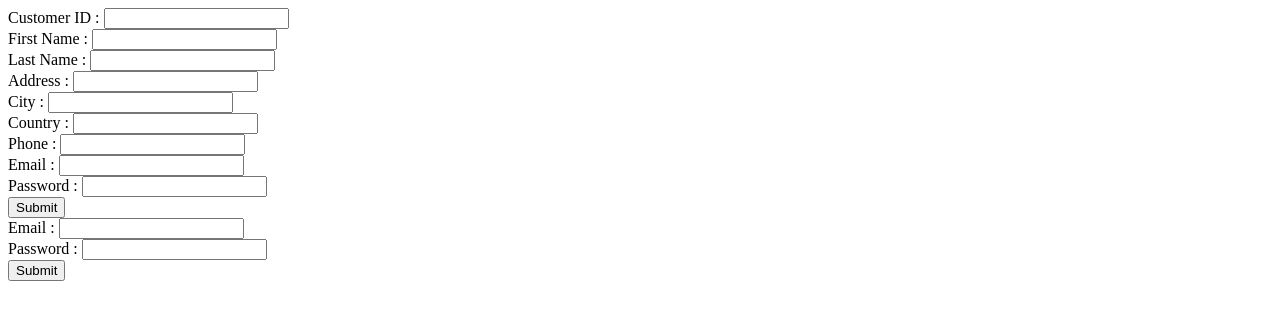
Repository: hassaanbk/CruiseBookingAndManaging
Page: http://localhost/home
The author's editor kept a copy of each file at every save. The page is drawn from the files as they stood at one save, then again after the next save.
The browser window is 1280 px wide. The pictures show the whole page.
The page is this project's Thymeleaf template; nobody is signed in. The template is opened directly, without the code that normally fills it, so the values that code supplies are empty.

Above is the page before, as saved 2022-12-12 01:30:19.

### CustomerMicroService/src/main/resources/templates/home.html
<!DOCTYPE html>

<html xmlns:th="http://www.thymeleaf.org">

<head>

<meta charset="ISO-8859-1">

<title>Insert title here</title>

</head>

<body>

      <form action="register" method="POST">

      Customer ID : <input type="text" name="custId"/> </br>

      First Name : <input type="text" name="firstName"/></br>

      Last Name : <input type="text" name="lastName"/></br>

      Address : <input type="text" name="address"/></br>

      City : <input type="text" name="city"/></br>

      Country : <input type="text" name="country"/></br>

      Phone : <input type="text" name="phone"/></br>

      Email : <input type="email" name="email"/></br>

      Password : <input type="password" name="password"/></br>

      <input type="submit" name="Add Employee"/>

      </form>

      <form action="login" method="POST">

      Email : <input type="email" name="email"/></br>

      Password : <input type="password" name="password"/></br>

      <input type="submit" name="Login"/>

	  </form>

</body>

</html>

After the next save:
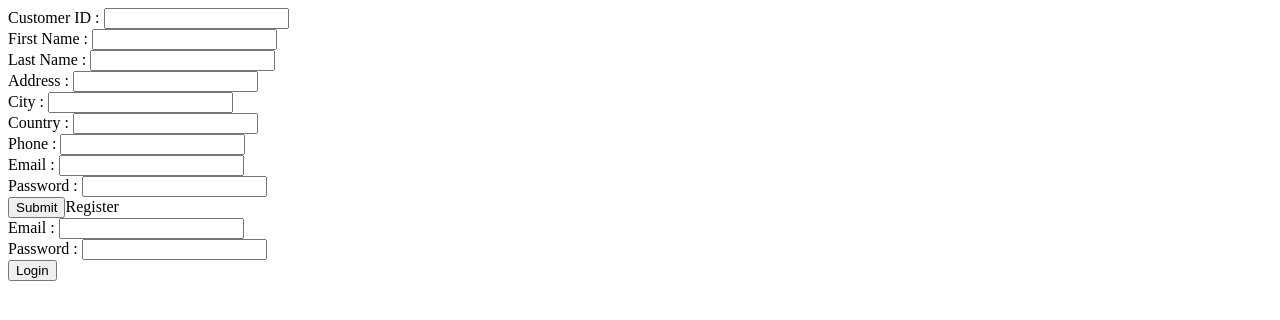
Saved 46 s later.
--- a/CustomerMicroService/src/main/resources/templates/home.html
+++ b/CustomerMicroService/src/main/resources/templates/home.html
@@ -32,7 +32,7 @@
 
       Password : <input type="password" name="password"/></br>
 
-      <input type="submit" name="Add Employee"/>
+      <input type="submit" name="Add Employee">Register</form>
 
       </form>
 
@@ -42,7 +42,7 @@
 
       Password : <input type="password" name="password"/></br>
 
-      <input type="submit" name="Login"/>
+      <input type="submit" name="Login" value="Login"/>
 
 	  </form>
 
